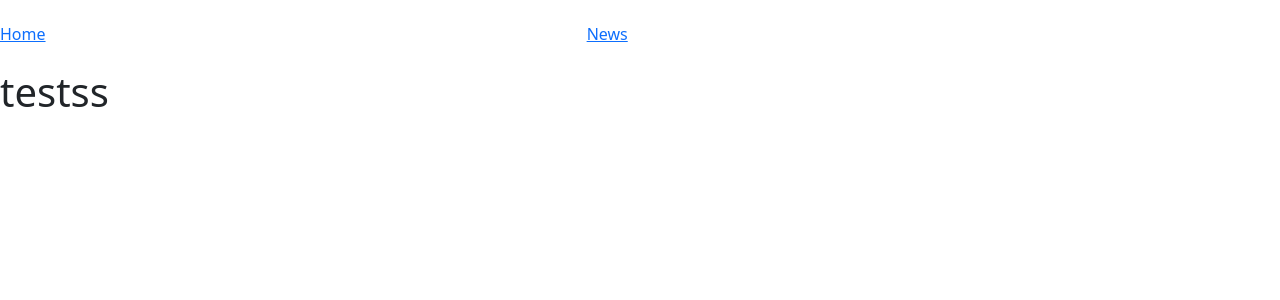
Repository: WaiMaungMaung/Mgr-site
Page: http://localhost/
The author's editor kept a copy of each file at every save. The page is drawn from the files as they stood at one save, then again after the next save.
The browser window is 1280 px wide. The pictures show the whole page.
The page is served by the project's Laravel application, run on PHP 8.4 with Laravel 9. Other server files are loaded and not shown.

Above is the page before, as saved 2022-04-06 09:40:13.

### resources/views/welcome.blade.php
@extends('layouts.app')
<div id="container">
    <div class="navbar">
        <a href="#home">Home</a>
        <a href="#news">News</a>
        <div class="dropdown">
            <button class="dropbtn">Dropdown
                <i class="fa fa-caret-down"></i>
            </button>
            <div class="dropdown-content">
                <div class="header">
                    <h2>Mega Menu</h2>
                </div>
                <div class="row">
                    <div class="column">
                        <h3>Category 1</h3>
                        <a href="#">Link 1</a>
                        <a href="#">Link 2</a>
                        <a href="#">Link 3</a>
                    </div>
                    <div class="column">
                        <h3>Category 2</h3>
                        <a href="#">Link 1</a>
                        <a href="#">Link 2</a>
                        <a href="#">Link 3</a>
                    </div>
                    <div class="column">
                        <h3>Category 3</h3>
                        <a href="#">Link 1</a>
                        <a href="#">Link 2</a>
                        <a href="#">Link 3</a>
                    </div>
                </div>
            </div>
        </div>
    </div>
    </ul>


</div>

### resources/views/layouts/app.blade.php
<!doctype html>
<html lang="en">

<head>
    <!-- Required meta tags -->
    <meta charset="utf-8">
    <meta name="viewport" content="width=device-width, initial-scale=1">

    <!-- Bootstrap CSS -->


    <link href="https://cdn.jsdelivr.net/npm/bootstrap@5.1.3/dist/css/bootstrap.min.css" rel="stylesheet"
        integrity="sha384-1BmE4kWBq78iYhFldvKuhfTAU6auU8tT94WrHftjDbrCEXSU1oBoqyl2QvZ6jIW3" crossorigin="anonymous">

    <title>Hello, world!</title>
    <style type="text/css">
        .navbar1 {
            overflow: hidden;
            background-color: #333;
            font-family: Arial;
        }

        /* Links inside the navbar */
        .navbar1 a {
            float: left;
            font-size: 16px;
            color: white;
            text-align: center;
            padding: 14px 16px;
            text-decoration: none;
        }

        /* The dropdown container */
        .dropdown {
            float: left;
            overflow: hidden;
        }

        /* Dropdown button */
        .dropdown .dropbtn {
            font-size: 16px;
            border: none;
            outline: none;
            color: white;
            padding: 14px 16px;
            background-color: inherit;
            font: inherit;
            /* Important for vertical align on mobile phones */
            margin: 0;
            /* Important for vertical align on mobile phones */
        }

        /* Add a red background color to navbar links on hover */
        .navbar1 a:hover,
        .dropdown:hover .dropbtn {
            background-color: red;
        }

        /* Dropdown content (hidden by default) */
        .dropdown-content {
            display: none;
            position: absolute;
            background-color: #f9f9f9;
            width: 100%;
            left: 0;
            box-shadow: 0px 8px 16px 0px rgba(0, 0, 0, 0.2);
            z-index: 1;
        }

        /* Mega Menu header, if needed */
        .dropdown-content .header {
            background: red;
            padding: 16px;
            color: white;
        }

        /* Show the dropdown menu on hover */
        .dropdown:hover .dropdown-content {
            display: block;
        }

        /* Create three equal columns that floats next to each other */
        .column {
            float: left;
            width: 33.33%;
            padding: 10px;
            background-color: #ccc;
            height: 250px;
        }

        /* Style links inside the columns */
        .column a {
            float: none;
            color: black;
            padding: 16px;
            text-decoration: none;
            display: block;
            text-align: left;
        }

        /* Add a background color on hover */
        .column a:hover {
            background-color: #ddd;
        }

        /* Clear floats after the columns */
        .row:after {
            content: "";
            display: table;
            clear: both;
        }

    </style>
</head>

<body>
    <h1>testss</h1>
    <!-- Optional JavaScript; choose one of the two! -->

    <!-- Option 1: Bootstrap Bundle with Popper -->
    <script src="https://cdn.jsdelivr.net/npm/bootstrap@5.1.3/dist/js/bootstrap.bundle.min.js"
        integrity="sha384-ka7Sk0Gln4gmtz2MlQnikT1wXgYsOg+OMhuP+IlRH9sENBO0LRn5q+8nbTov4+1p" crossorigin="anonymous">
    </script>

    <!-- Option 2: Separate Popper and Bootstrap JS -->
    <!--
    <script src="https://cdn.jsdelivr.net/npm/@popperjs/core@2.10.2/dist/umd/popper.min.js"
        integrity="sha384-7+zCNj/IqJ95wo16oMtfsKbZ9ccEh31eOz1HGyDuCQ6wgnyJNSYdrPa03rtR1zdB" crossorigin="anonymous">
    </script>
    <script src="https://cdn.jsdelivr.net/npm/bootstrap@5.1.3/dist/js/bootstrap.min.js"
        integrity="sha384-QJHtvGhmr9XOIpI6YVutG+2QOK9T+ZnN4kzFN1RtK3zEFEIsxhlmWl5/YESvpZ13" crossorigin="anonymous">
    </script>
    -->
    @yield('content')
</body>

</html>

Loaded but not shown: routes/web.php (common file)

After the next save:
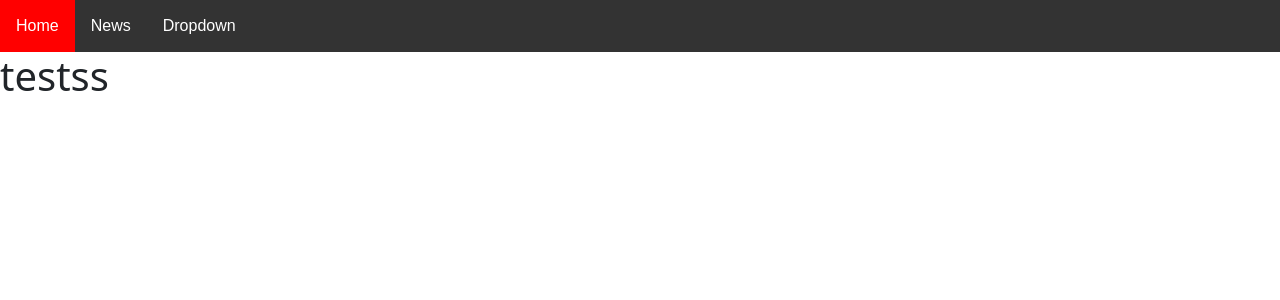
Saved 2 s later.
--- a/resources/views/welcome.blade.php
+++ b/resources/views/welcome.blade.php
@@ -1,6 +1,6 @@
 @extends('layouts.app')
 <div id="container">
-    <div class="navbar">
+    <div class="navbar1">
         <a href="#home">Home</a>
         <a href="#news">News</a>
         <div class="dropdown">
